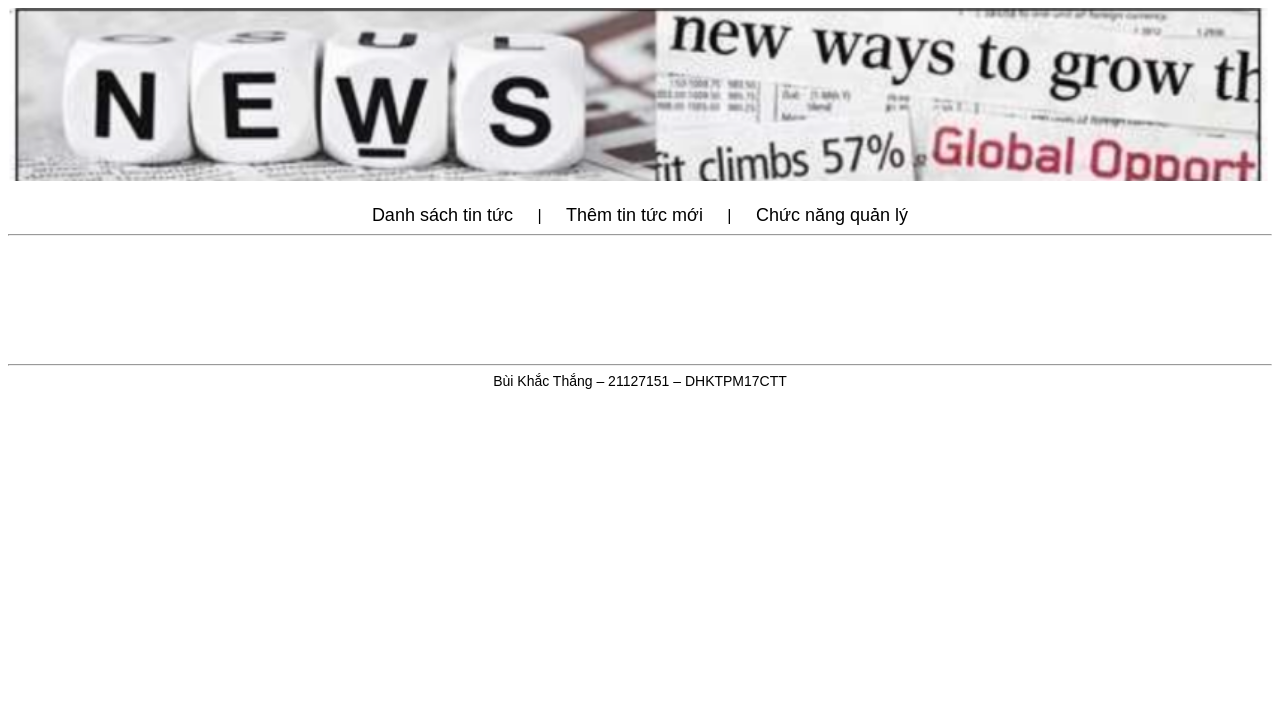
Repository: buikhacthang91042/Nam4_Ki1
Page: http://localhost/Tuan04_Bai3/TrangChu.jsp
An editor plug-in stored every save of this project. The page is shown before and after the next save, followed by the edit.
The browser window is 1280 px wide. The pictures show the whole page.
The page is served by Tomcat 10. Nobody is signed in. The application's start-up code is not run.

Above is the page before, as saved 2024-10-06 06:41:46.

After the next save:
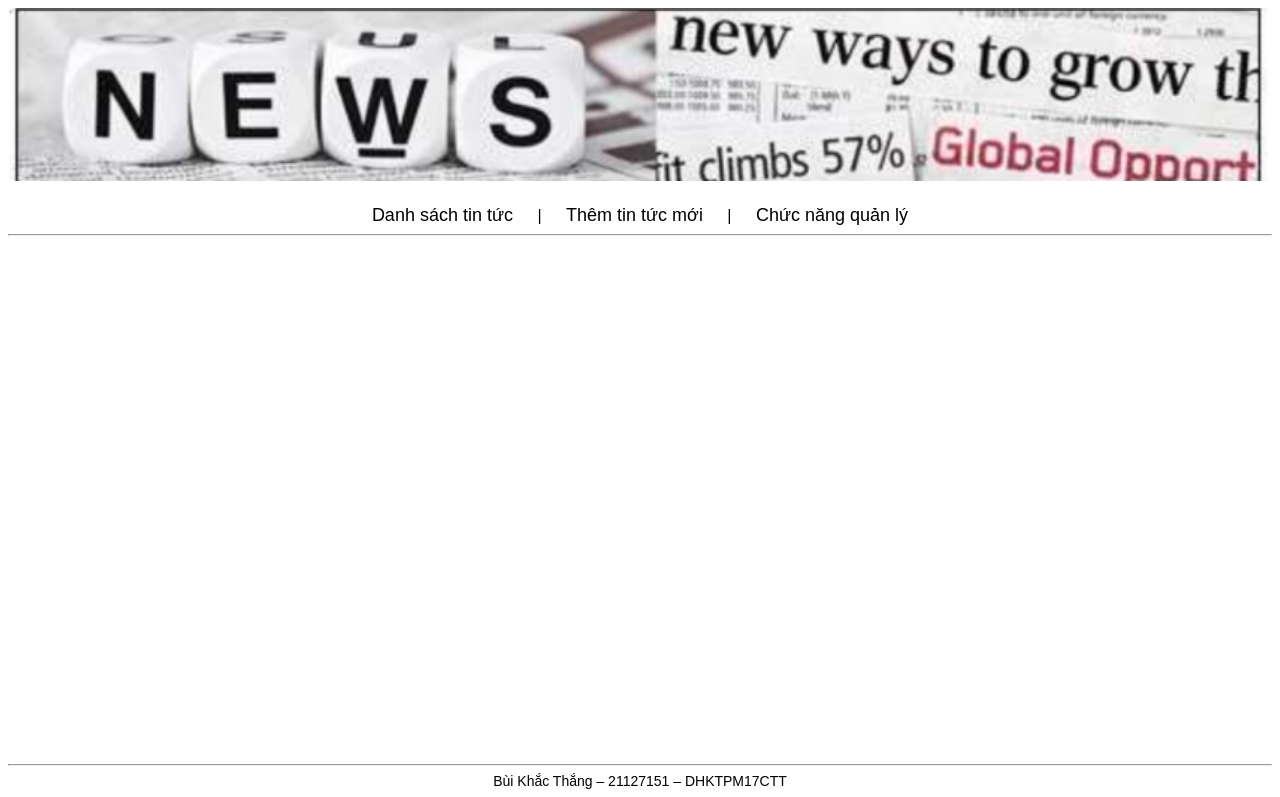
Saved 8 s later.
--- a/WWW/Tuan04/Tuan04_Bai3/src/main/webapp/TrangChu.jsp
+++ b/WWW/Tuan04/Tuan04_Bai3/src/main/webapp/TrangChu.jsp
@@ -27,7 +27,7 @@
             font-size: 14px;
         }
         .content {
-        	height: 100px;
+        	height: 500px;
         }
     </style>
 </head>
